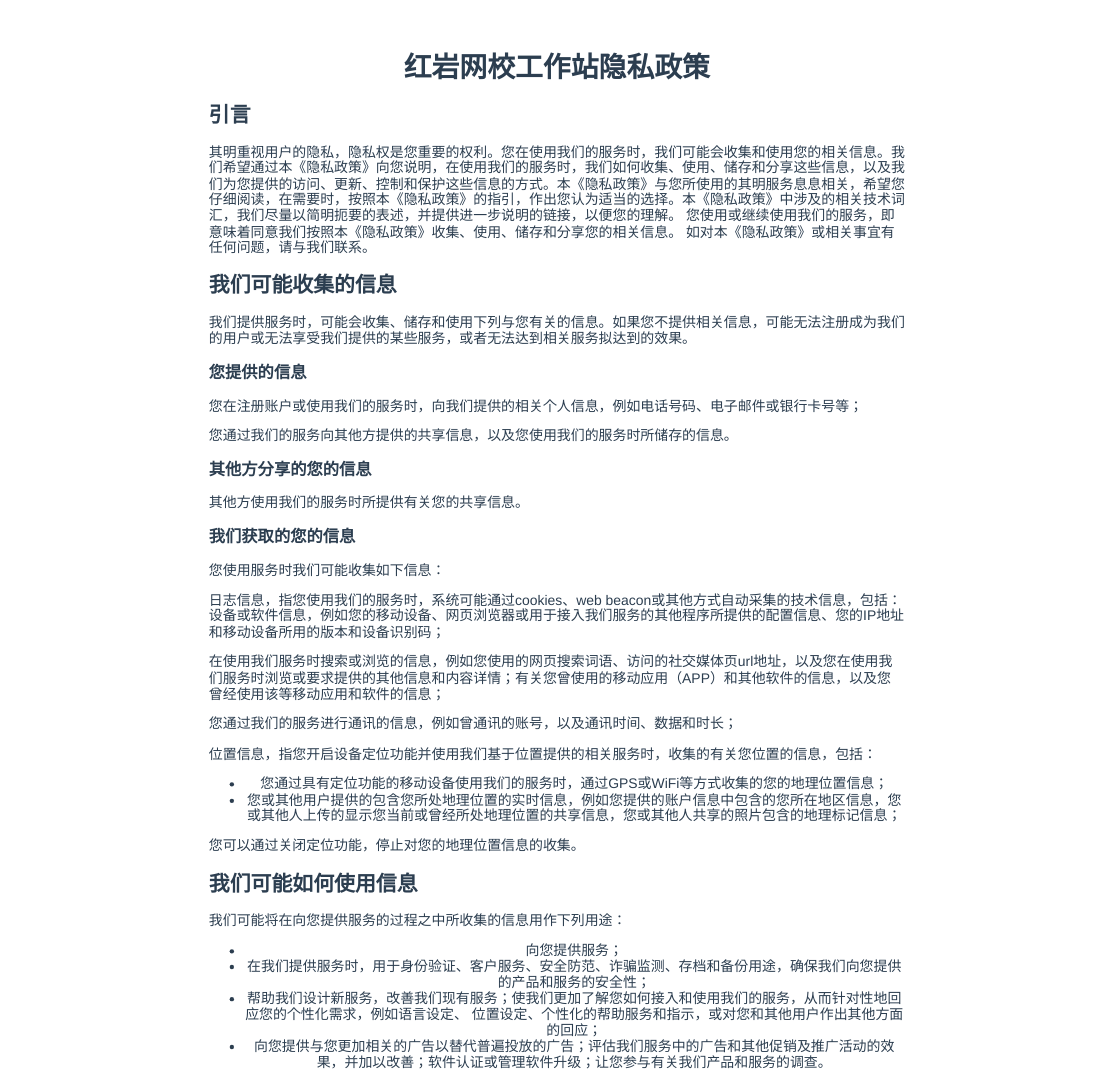
Repository: zl-mdc/privacy-policy
Page: /
These files come from the project's save history. The page is drawn as it stood at one moment and after the next save; the edit follows.
The browser window is 1280 px wide. The pictures show the whole page, at 87% of full size.
The project was rebuilt for these pictures with package versions that can differ from the ones it lists, and the page was loaded fresh each time.

Above is the page before, as saved 2020-09-17 15:41:28.

### src/main.js
import Vue from 'vue'
import App from './App.vue'
import 'normalize.css'

Vue.config.productionTip = false

new Vue({
  render: h => h(App),
}).$mount('#app')

### src/App.vue
<template>
  <div id="app">
    <Info />
  </div>
</template>

<script>
import Info from './components/Info';

export default {
  name: 'App',
  components: {
    Info
  }
}
</script>

<style>
#app {
  font-family: Avenir, Helvetica, Arial, sans-serif;
  -webkit-font-smoothing: antialiased;
  -moz-osx-font-smoothing: grayscale;
  text-align: center;
  color: #2c3e50;
  margin-top: 60px;
}
</style>

### src/components/Info.vue
<!--
 * @Author: Code_Master
 * @Date: 2020-09-17 15:00:51
 * @LastEditTime: 2020-09-17 15:41:28
 * @LastEditors: Code_Master
 * @FilePath: /privacy-policy/src/components/Info.vue
 * @Description: The first 90% of the code accounts for the first 90% of the development time. The remaining 10% of the code accounts for the other 90% of the development time.
-->
<template>
    <div id="info">
          <h1>红岩网校工作站隐私政策</h1>

          <h2>引言</h2>
          <p><span></span>其明重视用户的隐私，隐私权是您重要的权利。您在使用我们的服务时，我们可能会收集和使用您的相关信息。我们希望通过本《隐私政策》向您说明，在使用我们的服务时，我们如何收集、使用、储存和分享这些信息，以及我们为您提供的访问、更新、控制和保护这些信息的方式。本《隐私政策》与您所使用的其明服务息息相关，希望您仔细阅读，在需要时，按照本《隐私政策》的指引，作出您认为适当的选择。本《隐私政策》中涉及的相关技术词汇，我们尽量以简明扼要的表述，并提供进一步说明的链接，以便您的理解。 您使用或继续使用我们的服务，即意味着同意我们按照本《隐私政策》收集、使用、储存和分享您的相关信息。 如对本《隐私政策》或相关事宜有任何问题，请与我们联系。 </p>

          <h2>我们可能收集的信息</h2>
          <p>我们提供服务时，可能会收集、储存和使用下列与您有关的信息。如果您不提供相关信息，可能无法注册成为我们的用户或无法享受我们提供的某些服务，或者无法达到相关服务拟达到的效果。</p>
          <h3>您提供的信息</h3>
          <p>您在注册账户或使用我们的服务时，向我们提供的相关个人信息，例如电话号码、电子邮件或银行卡号等；</p>
          <p>您通过我们的服务向其他方提供的共享信息，以及您使用我们的服务时所储存的信息。</p>
          <h3>其他方分享的您的信息</h3>
          <p>其他方使用我们的服务时所提供有关您的共享信息。</p>
          <h3>我们获取的您的信息</h3>
          <p>您使用服务时我们可能收集如下信息：</p>
          <p>日志信息，指您使用我们的服务时，系统可能通过cookies、web beacon或其他方式自动采集的技术信息，包括：设备或软件信息，例如您的移动设备、网页浏览器或用于接入我们服务的其他程序所提供的配置信息、您的IP地址和移动设备所用的版本和设备识别码；</p>
          <p>在使用我们服务时搜索或浏览的信息，例如您使用的网页搜索词语、访问的社交媒体页url地址，以及您在使用我们服务时浏览或要求提供的其他信息和内容详情；有关您曾使用的移动应用（APP）和其他软件的信息，以及您曾经使用该等移动应用和软件的信息；</p>
          <p>您通过我们的服务进行通讯的信息，例如曾通讯的账号，以及通讯时间、数据和时长；</p>
          <p>位置信息，指您开启设备定位功能并使用我们基于位置提供的相关服务时，收集的有关您位置的信息，包括：</p>
          <ul>
              <li>您通过具有定位功能的移动设备使用我们的服务时，通过GPS或WiFi等方式收集的您的地理位置信息；</li>
              <li>您或其他用户提供的包含您所处地理位置的实时信息，例如您提供的账户信息中包含的您所在地区信息，您或其他人上传的显示您当前或曾经所处地理位置的共享信息，您或其他人共享的照片包含的地理标记信息；</li>
          </ul>
          <p>您可以通过关闭定位功能，停止对您的地理位置信息的收集。</p>

          <h2>我们可能如何使用信息</h2>
          <p>我们可能将在向您提供服务的过程之中所收集的信息用作下列用途：</p>
          <ul>
              <li>向您提供服务； </li>
              <li>在我们提供服务时，用于身份验证、客户服务、安全防范、诈骗监测、存档和备份用途，确保我们向您提供的产品和服务的安全性； </li>
              <li>帮助我们设计新服务，改善我们现有服务；使我们更加了解您如何接入和使用我们的服务，从而针对性地回应您的个性化需求，例如语言设定、 位置设定、个性化的帮助服务和指示，或对您和其他用户作出其他方面的回应；</li>
              <li>向您提供与您更加相关的广告以替代普遍投放的广告；评估我们服务中的广告和其他促销及推广活动的效果，并加以改善；软件认证或管理软件升级；让您参与有关我们产品和服务的调查。</li>
          </ul>
    </div>
</template>

<script>
export default {
    name: "Info",
}
</script>

<style>
    #info {
        width: 800px;
        margin: 0 auto;
    }
    h2 {
        text-align: left;
    }
    p {
        text-align: left;
    }
    h3 {
        text-align: left;
    }
</style>

Loaded but not shown: public/index.html (common file)

After the next save:
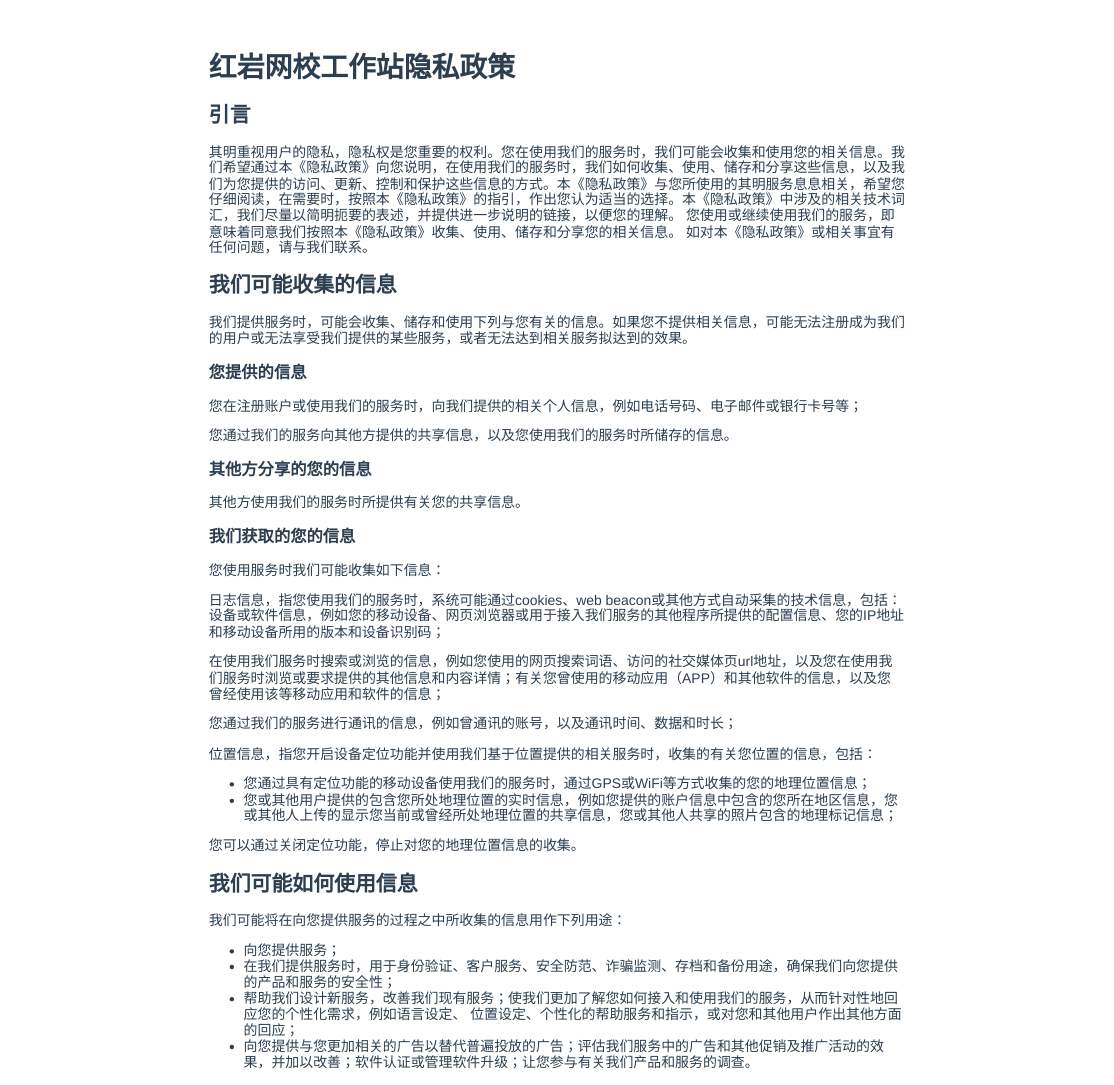
Saved 22 s later.
--- a/src/components/Info.vue
+++ b/src/components/Info.vue
@@ -1,7 +1,7 @@
 <!--
  * @Author: Code_Master
  * @Date: 2020-09-17 15:00:51
- * @LastEditTime: 2020-09-17 15:41:28
+ * @LastEditTime: 2020-09-17 15:41:50
  * @LastEditors: Code_Master
  * @FilePath: /privacy-policy/src/components/Info.vue
  * @Description: The first 90% of the code accounts for the first 90% of the development time. The remaining 10% of the code accounts for the other 90% of the development time.
@@ -53,6 +53,7 @@ export default {
     #info {
         width: 800px;
         margin: 0 auto;
+        text-align: left;
     }
     h2 {
         text-align: left;
@@ -63,4 +64,5 @@ export default {
     h3 {
         text-align: left;
     }
+
 </style>
